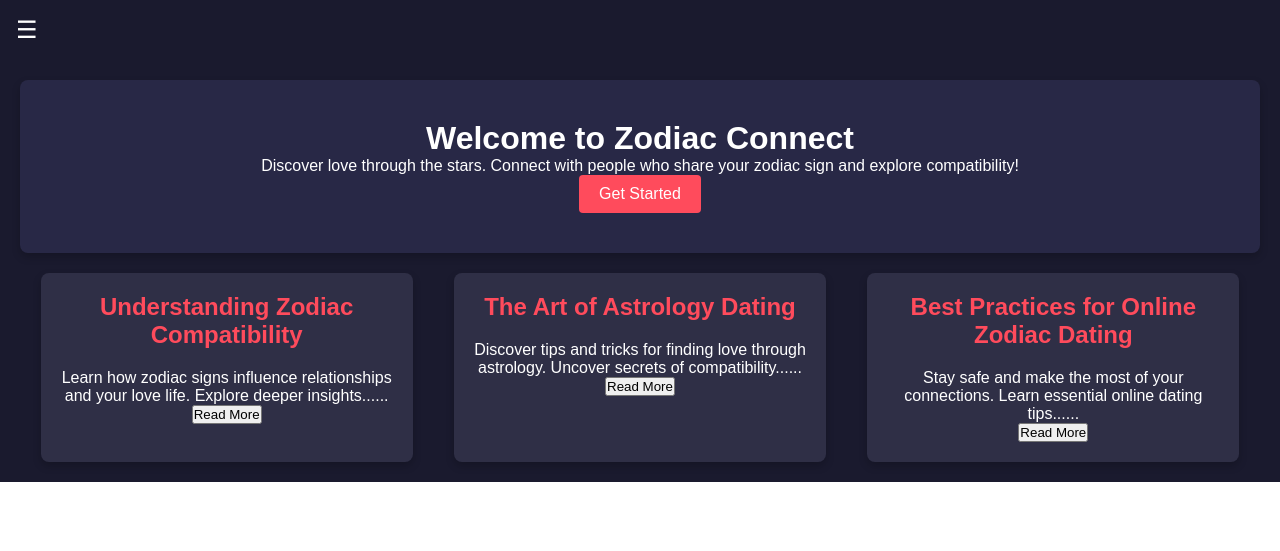
Repository: prachi-d-2/zodiac
Page: / (app in client/)
An editor plug-in stored every save of this project. The page is shown before and after the next save, followed by the edit.
The browser window is 1280 px wide. The pictures show the whole page.
The project was rebuilt for these pictures with package versions that can differ from the ones it lists, and the page was loaded fresh each time. Also part of the build but not shown: client/src/services/authService.js, client/src/components/LoginRegister.css, client/src/components/LoginRegister.js, client/src/components/Forum.js, client/src/components/Profile.css, client/src/components/Profile.js, client/src/components/Horoscope.js, client/src/components/Connect.css and 2 more.

Above is the page before, as saved 2024-11-28 04:11:40.

After the next save:
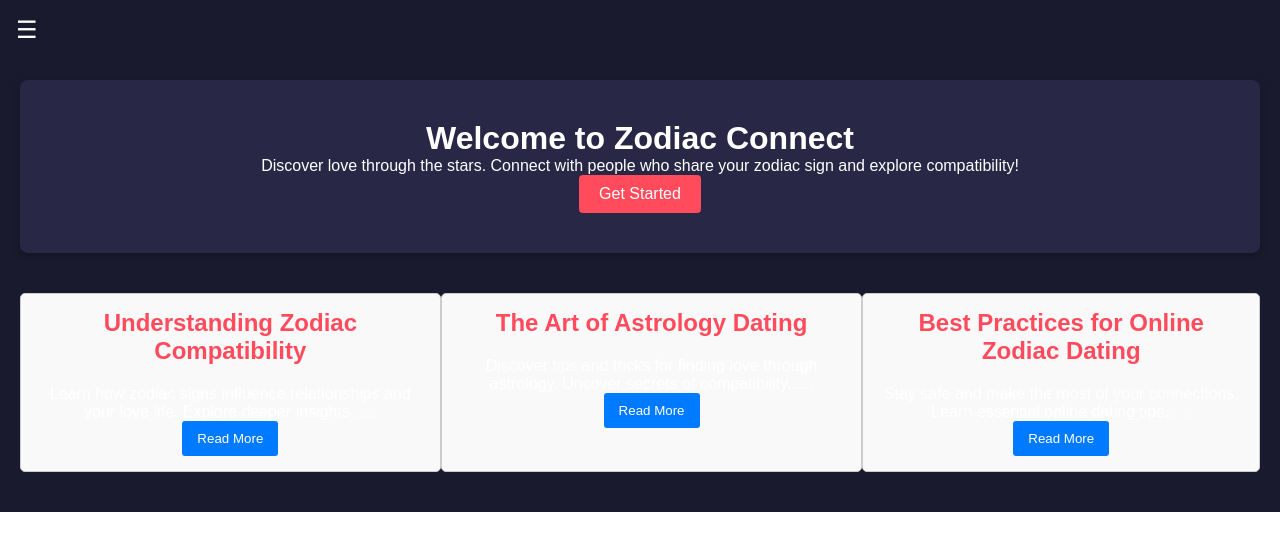
Saved 77 s later.
--- a/client/src/components/Home.css
+++ b/client/src/components/Home.css
@@ -34,14 +34,24 @@
     margin-top: 20px;
   }
 
-  .content-card {
-    background-color: #2f2f46;
-    padding: 20px;
-    border-radius: 8px;
-    width: 30%;
-    box-shadow: 0px 4px 8px rgba(0, 0, 0, 0.2);
-  }
 
-  .content-card h2 {
-    color: #ff4b5c;
-  }
+.content-card {
+  margin: 20px 0;
+  padding: 15px;
+  border: 1px solid #ccc;
+  border-radius: 5px;
+  background-color: #f9f9f9;
+}
+
+.read-more-button {
+  background-color: #007bff;
+  color: white;
+  border: none;
+  padding: 10px 15px;
+  cursor: pointer;
+  border-radius: 3px;
+}
+
+.read-more-button:hover {
+  background-color: #0056b3;
+}
